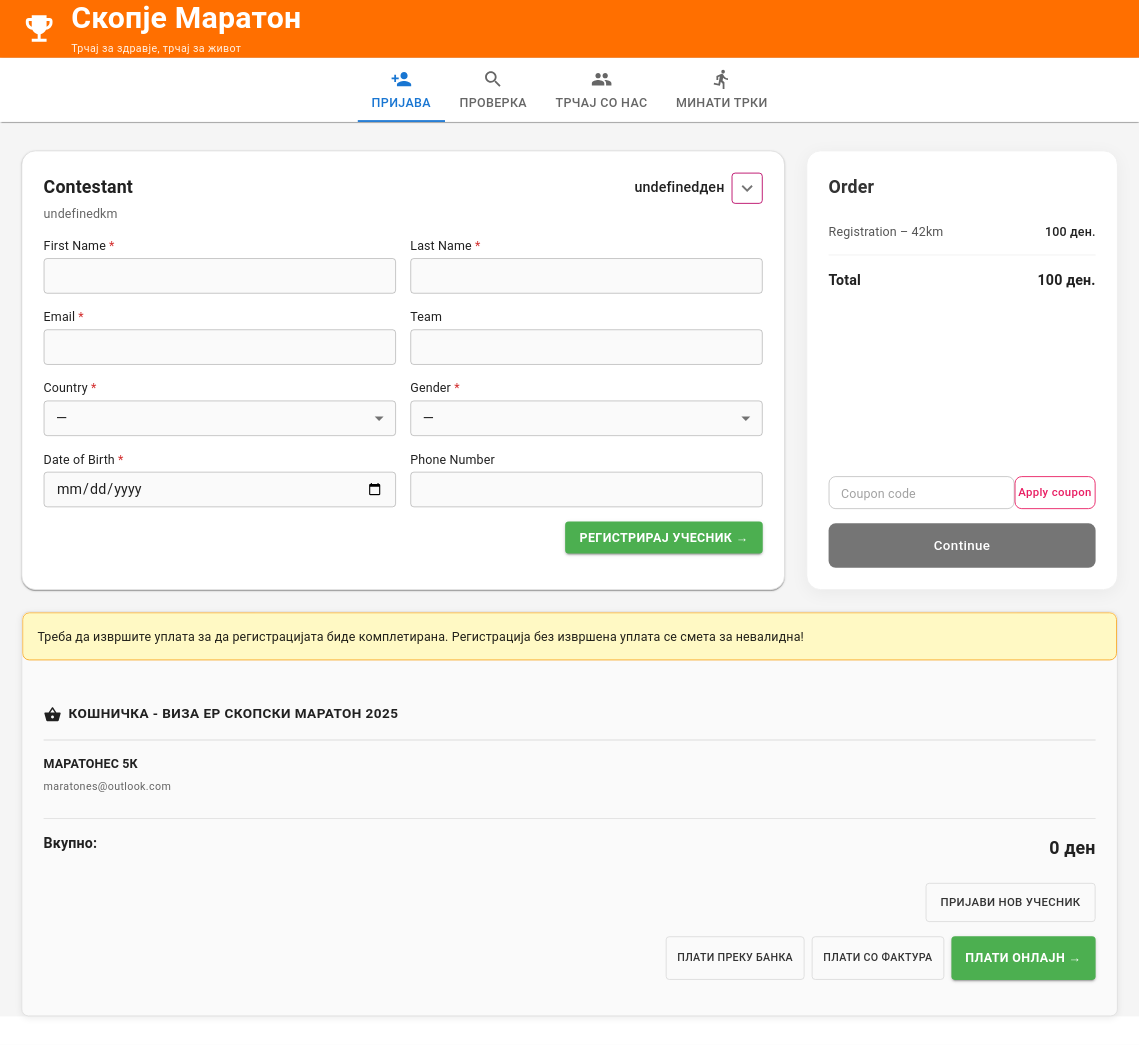
Repository: ilijana123/skopje_marathon_frontend
Page: /register
An editor plug-in stored every save of this project. The page is shown before and after the next save, followed by the edit.
The browser window is 1280 px wide. The pictures show the whole page, at 89% of full size.
The page's requests for data from a server got no answer. The project was rebuilt for these pictures with package versions that can differ from the ones it lists, and the page was loaded fresh each time. No one was signed in, and anything a server would have sent is missing. Also part of the build but not shown: vite.config.ts, src/components/CheckStatusTab.tsx, src/components/ContestantTab.styles.ts, src/components/ContestantsTab.tsx, src/components/RacesTab.tsx, src/components/PaymentForm.styles.ts, src/components/PaymentForm.tsx.

Above is the page before, as saved 2026-01-16 02:55:14.

After the next save:
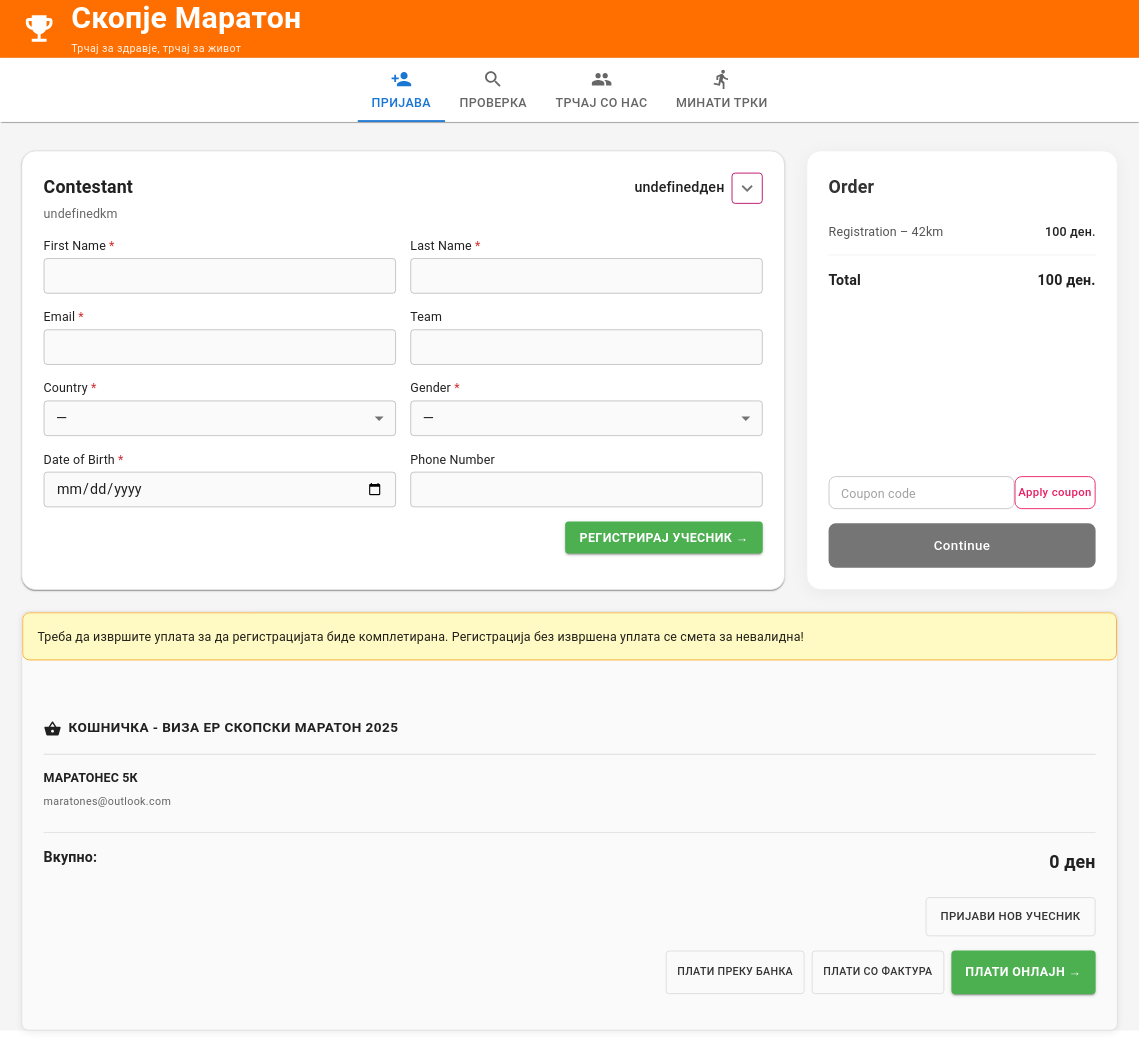
Saved 17 s later.
--- a/src/components/ShoppingCart.styles.tsx
+++ b/src/components/ShoppingCart.styles.tsx
@@ -6,7 +6,7 @@
   border: '1px solid #f9a825',
   borderRadius: theme.spacing(1),
   padding: theme.spacing(2),
-  marginBottom: theme.spacing(3),
+  marginBottom: theme.spacing(5),
 }));
 
 export const CartCard = styled(Card)({

After the save that followed:
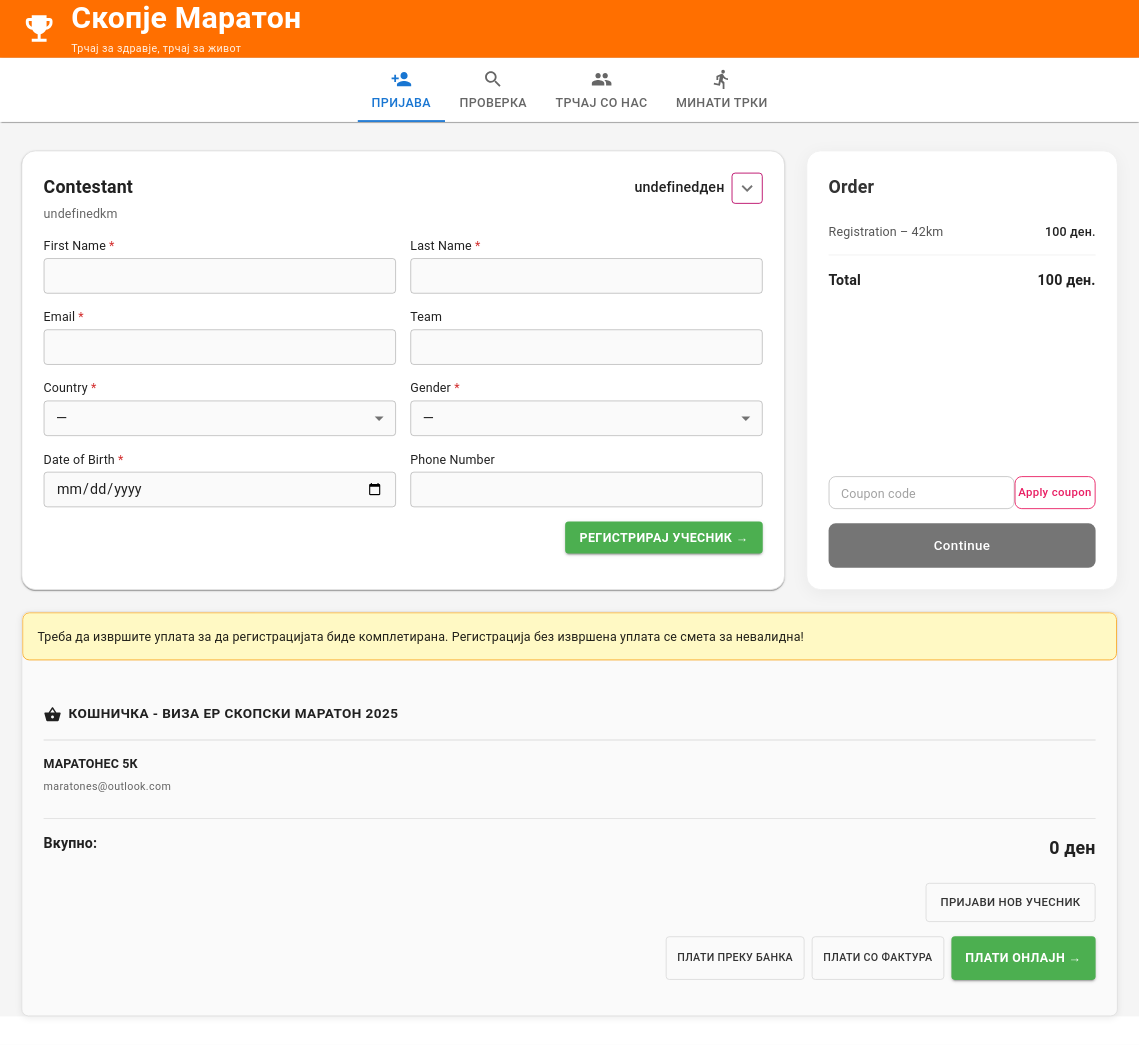
Saved 8 s later.
--- a/src/components/ShoppingCart.styles.tsx
+++ b/src/components/ShoppingCart.styles.tsx
@@ -6,7 +6,7 @@
   border: '1px solid #f9a825',
   borderRadius: theme.spacing(1),
   padding: theme.spacing(2),
-  marginBottom: theme.spacing(5),
+  marginBottom: theme.spacing(3),
 }));
 
 export const CartCard = styled(Card)({
